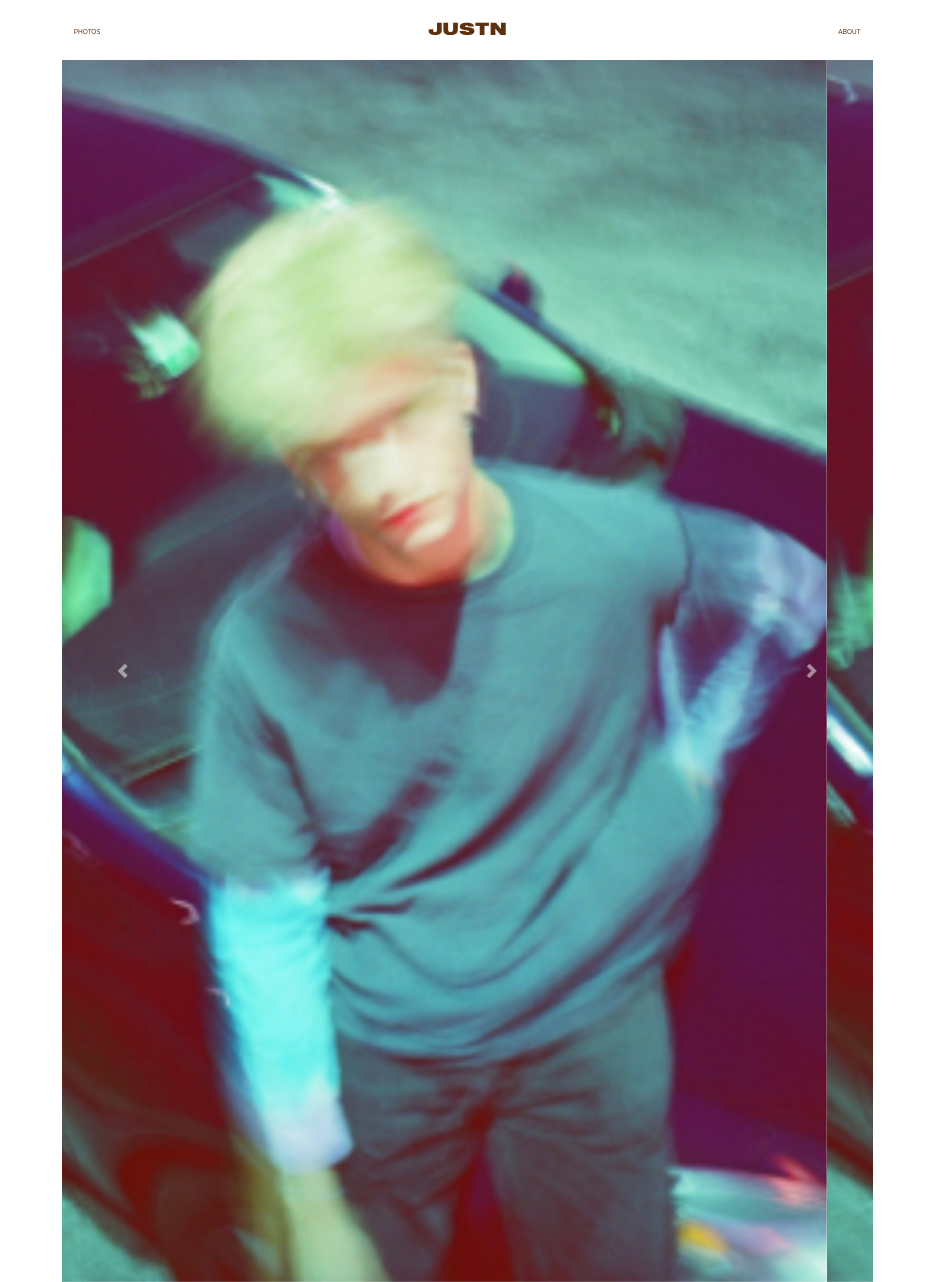
Repository: AviMKabir/justn_2020
Page: index.html
The author's editor kept a copy of each file at every save. The page is drawn from the files as they stood at one save, then again after the next save.
The browser window is 1280 px wide. The pictures show the whole page, at 73% of full size.

Above is the page before, as saved 2020-11-22 16:13:14.

### index.html
<!DOCTYPE html>
<html lang="en">

<head>
    <meta charset="UTF-8">
    <meta name="viewport" content="width=device-width, initial-scale=1.0">
    <link rel="stylesheet" href="https://cdn.jsdelivr.net/npm/bootstrap@4.5.3/dist/css/bootstrap.min.css"
        integrity="sha384-TX8t27EcRE3e/ihU7zmQxVncDAy5uIKz4rEkgIXeMed4M0jlfIDPvg6uqKI2xXr2" crossorigin="anonymous">
    <link rel="stylesheet" href="./CSS/style.css">
    <title>JUSTN</title>
</head>



<body>

    <div class="container">

        <nav class="navbar navbar-expand-md navbar-light hide-for-mobile">
            <div class="navbar-collapse collapse w-100 order-1 order-md-0 dual-collapse2">
                <ul class="navbar-nav mr-auto">
                    <li class="nav-item">
                        <a class="nav-link-new" href="#" role="button" id="dropdownMenuLink" data-toggle="dropdown"
                            aria-haspopup="true" aria-expanded="false">
                            PHOTOS
                        </a>

                        <div class="dropdown-menu" aria-labelledby="dropdownMenuLink">
                            <a class="dropdown-item" href="#">- NEW YORK</a>
                            <a class="dropdown-item" href="#">- CALIFORNIA</a>
                            <a class="dropdown-item" href="#">- FLORIDA</a>
                        </div>
                    </li>

                </ul>
            </div>
            <div class="mx-auto order-0 nav-pad">
                <a class="navbar-brand-new mx-auto" href="#">JUSTN</a>
                <button class="navbar-toggler" type="button" data-toggle="collapse" data-target=".dual-collapse2">
                    <span class="navbar-toggler-icon"></span>
                </button>
            </div>
            <div class="navbar-collapse collapse w-100 order-3 dual-collapse2">
                <ul class="navbar-nav ml-auto">
                    <li class="nav-item">
                        <a class="nav-link-new" href="#">ABOUT</a>
                    </li>

                </ul>
            </div>
        </nav>

    </div>


    <!-- mobile nav -->
    <nav class="navbar navbar-expand-md navbar-light show-for-mobile">
        <a class="navbar-brand-new " href="#">JUSTN</a>
        <button class="navbar-toggler" type="button" data-toggle="collapse" data-target="#navbarNavDropdown"
            aria-controls="navbarNavDropdown" aria-expanded="false" aria-label="Toggle navigation">
            <span class="navbar-toggler-icon"></span>
        </button>
        <div class="collapse navbar-collapse center-page" id="navbarNavDropdown">
            <ul class="navbar-nav">


                <li class="nav-item dropdown mx-auto ">
                    <a class="nav-link-new-active" href="#" role="button" id="dropdownMenuLink" data-toggle="dropdown"
                        aria-haspopup="true" aria-expanded="false">
                        PHOTOS
                    </a>
                    <!-- <div class="dropdown-menu mx-auto" aria-labelledby="dropdownMenuLink">
                        <a class="dropdown-item mx-auto" href="#">- NEW YORK</a>
                        <a class="dropdown-item mx-auto" href="#">- CALIFORNIA</a>
                        <a class="dropdown-item mx-auto" href="#">- FLORIDA</a>
                    </div> -->
                </li>
                <li class="nav-item mx-auto">
                    <a class="nav-link-new" href="#">- NEW YORK</a>
                </li>
                <li class="nav-item mx-auto">
                    <a class="nav-link-new" href="#">- CALIFORNIA</a>
                </li>
                <li class="nav-item mx-auto">
                    <a class="nav-link-new" href="#">- FLORIDA</a>
                </li>
                <li class="nav-item mx-auto">
                    <a class="nav-link-new" href="#">ABOUT</a>
                </li>
            </ul>
        </div>
    </nav>
    <!-- mobile nav -->

    <!-- slideshow -->

    <div class="container">
    <div id="carouselExampleControls" class="carousel slide" data-ride="carousel">
        <div class="carousel-inner">
            <div class="carousel-item active">
                <img class="d-block w-100" src="./img/slide-test-1.png" alt="First slide">
            </div>
            <div class="carousel-item">
                <img class="d-block w-100" src="./img/slide-test-1.png" alt="Second slide">
            </div>
            <div class="carousel-item">
                <img class="d-block w-100" src="./img/slide-test-1.png" alt="Third slide">
            </div>
        </div>
        <a class="carousel-control-prev" href="#carouselExampleControls" role="button" data-slide="prev">
            <span class="carousel-control-prev-icon" aria-hidden="true"></span>
            <span class="sr-only">Previous</span>
        </a>
        <a class="carousel-control-next" href="#carouselExampleControls" role="button" data-slide="next">
            <span class="carousel-control-next-icon" aria-hidden="true"></span>
            <span class="sr-only">Next</span>
        </a>
    </div>
    </div>




    <script src="https://code.jquery.com/jquery-3.5.1.slim.min.js"
        integrity="sha384-DfXdz2htPH0lsSSs5nCTpuj/zy4C+OGpamoFVy38MVBnE+IbbVYUew+OrCXaRkfj"
        crossorigin="anonymous"></script>
    <script src="https://cdn.jsdelivr.net/npm/bootstrap@4.5.3/dist/js/bootstrap.bundle.min.js"
        integrity="sha384-ho+j7jyWK8fNQe+A12Hb8AhRq26LrZ/JpcUGGOn+Y7RsweNrtN/tE3MoK7ZeZDyx"
        crossorigin="anonymous"></script>
        <script src="./JS/app.js"></script>

</body>



</html>

### CSS/style.css
@font-face {
    font-family: annonce;
    src: url(../fonts/annonce_w01_regular-webfont.woff);
}

@font-face {
    font-family: textanArrow;
    src: url(../fonts/textanarrow-regular-webfont.woff);
}

@font-face {
    font-family: textanArrowIt;
    src: url(../fonts/textanarrow-it-webfont.woff);
}

a {
    -o-transition: .5s;
    -ms-transition: .5s;
    -moz-transition: .5s;
    -webkit-transition: .5s;
    /* ...and now for the proper property */
    transition: .5s;
}

a:hover {
    color: #014421;
    text-decoration: none;
}


.navbar-brand-new {
    font-family: 'annonce', Arial, Helvetica, sans-serif;
    font-size: 1.5rem;
    color: #5E300E;
}

.nav-link-new {
    font-family: 'textanArrow', Arial, Helvetica, sans-serif;
    font-size: .7rem;
    color: #5E300E;
}

.nav-link-new-2 {
    font-family: 'textanArrow', Arial, Helvetica, sans-serif;
    font-size: 1rem;
    color: #5E300E;
}

.dropdown-menu {
    position: absolute;
    top: 100%;
    left: 0;
    z-index: 1000;
    display: none;
    float: left;
    min-width: 10rem;
    padding: .5rem 0;
    margin: .125rem 0 0;
    font-size: 1rem;
    color: #212529;
    text-align: left;
    list-style: none;
    background-color: #fff;
    background-clip: padding-box;
    border: none !important;
    border-radius: .25rem;
}

.dropdown-menu.show {
    display: block;
    margin-top: -30px;
}

.dropdown-item {
    font-family: 'textanArrowIt', Arial, Helvetica, sans-serif;
    font-size: .7rem;
    color: #5E300E;
}

.dropdown-item:focus, .dropdown-item:hover {
    color: #014421 !important;
    background: none !important;
}

.nav-pad {
    padding: 15px 0;
}

.center-page {
    margin-top: 30%;
}

.navbar-light .navbar-toggler {
    color: #5E300E !important;
    border: none !important;
}



@media (min-width: 576px) {}

@media (max-width: 768px) {
    /* hides the desktop nav */
    .hide-for-mobile {
        display: none;
    }
    .dropdown-item {
        font-family: 'textanArrowIt', Arial, Helvetica, sans-serif;
        font-size: 1rem;
        color: #5E300E;
    }
    .dropdown-menu.show {
        display: block;
        margin-top: -10px;
    }
    .nav-link-new {
        font-family: 'textanArrow', Arial, Helvetica, sans-serif;
        font-size: 1rem;
        color: #5E300E;
    }
    .nav-link-new-active {
        font-family: 'textanArrow', Arial, Helvetica, sans-serif;
        font-size: 1rem;
        color: #014421;
    }
}

@media (min-width: 768px) {
    /* hides the desktop nav */
    .show-for-mobile {
        display: none;
    }
}

@media (min-width: 992px) {}

@media (min-width: 1200px) {}

Loaded but not shown: JS/app.js (no stored copy; drawn as an empty file)

After the next save:
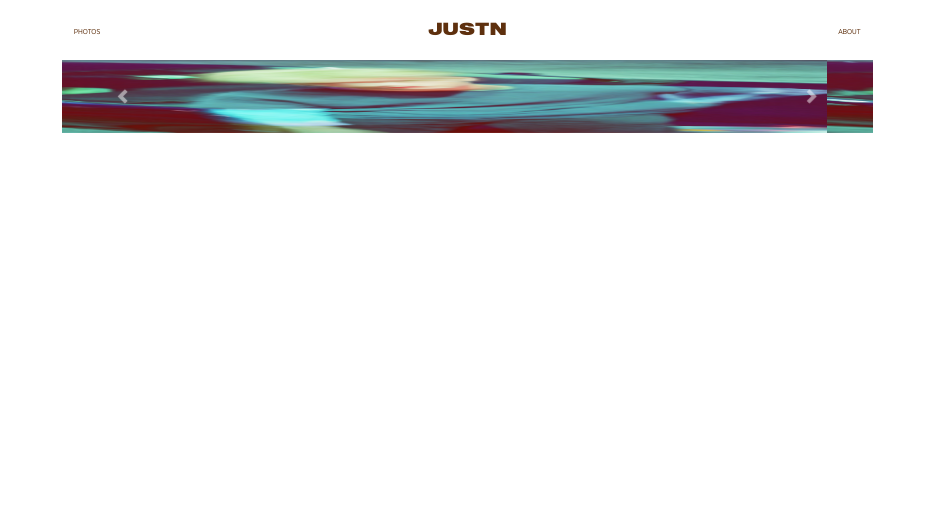
Saved 71 s later.
--- a/CSS/style.css
+++ b/CSS/style.css
@@ -27,6 +27,10 @@
     text-decoration: none;
 }
 
+img {
+    max-height: 100px;
+    width: auto;
+}
 
 .navbar-brand-new {
     font-family: 'annonce', Arial, Helvetica, sans-serif;
